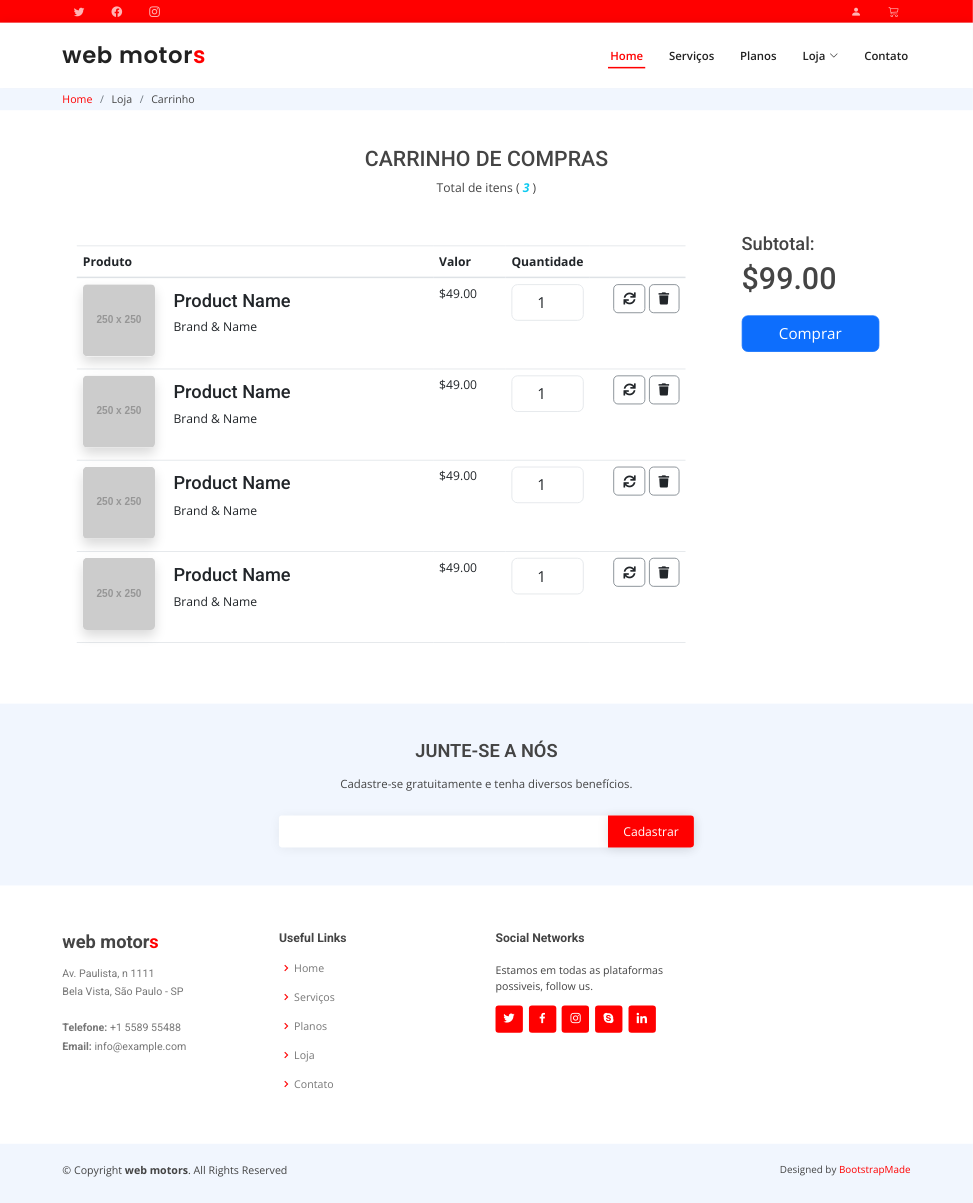
Repository: 01nethy/WebMotors
Page: cart.html
An editor plug-in stored every save of this project. The page is shown before and after the next save, followed by the edit.
The browser window is 1280 px wide. The pictures show the whole page, at 76% of full size.
Some web libraries are served in a nearby version.

Above is the page before, as saved 2023-10-07 22:12:08.
Console error: TypeError: Cannot read properties of undefined (reading 'fn')

After the next save:
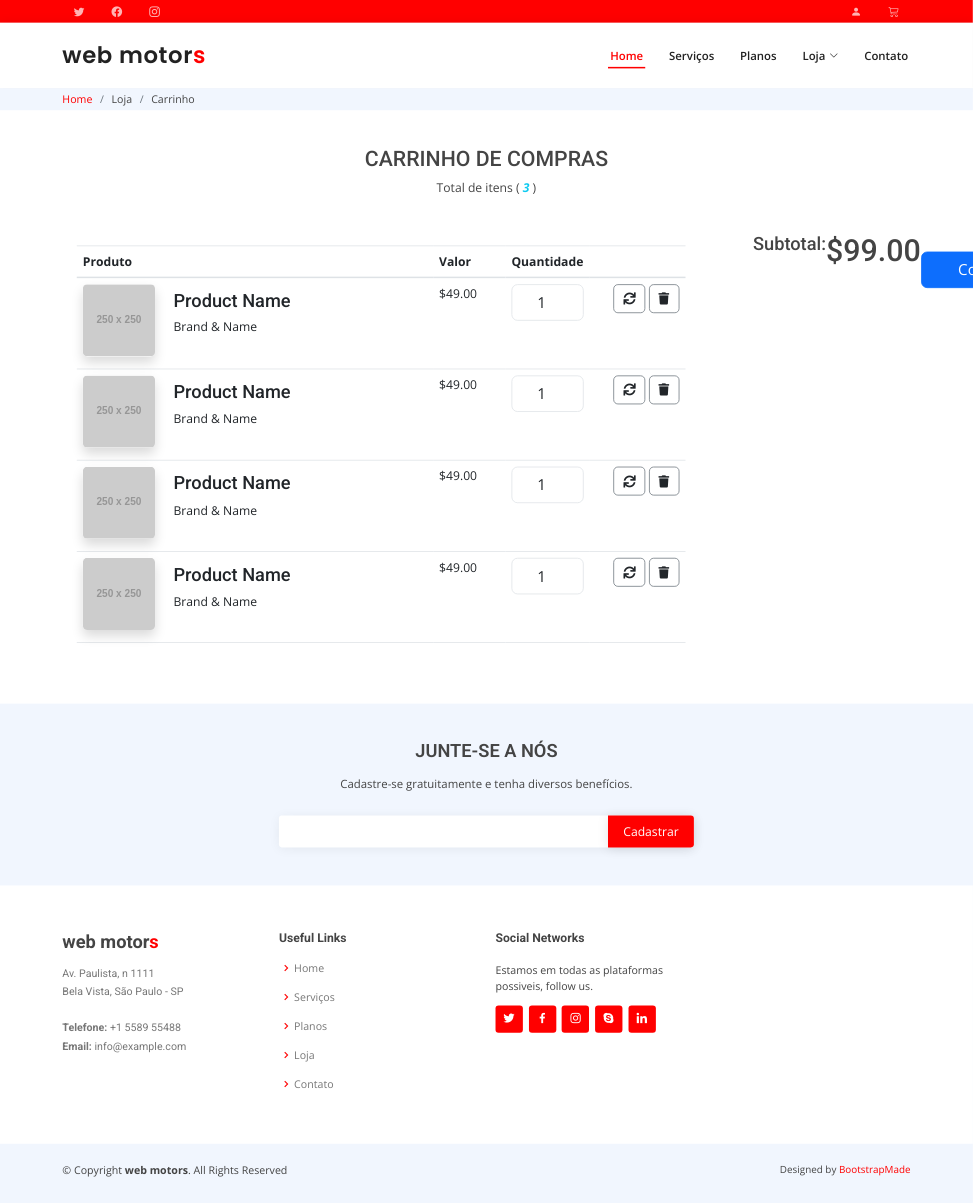
Saved 6 min 3 s later.
--- a/cart.html
+++ b/cart.html
@@ -237,7 +237,7 @@
                     </table>
 
                     <aside class="container float-left col-2 ">
-                        <div class="align-items-center">
+                        <div class="col-lg-4 col-md-6 d-flex align-items-stretch aos-init aos-animate icon-box" data-aos="zoom-in" data-aos-delay="100">
                             <h4>Subtotal:</h4>
                             <h1>$99.00</h1>
                             <div class="row mt-4 d-flex align-items-center">

After the save that followed:
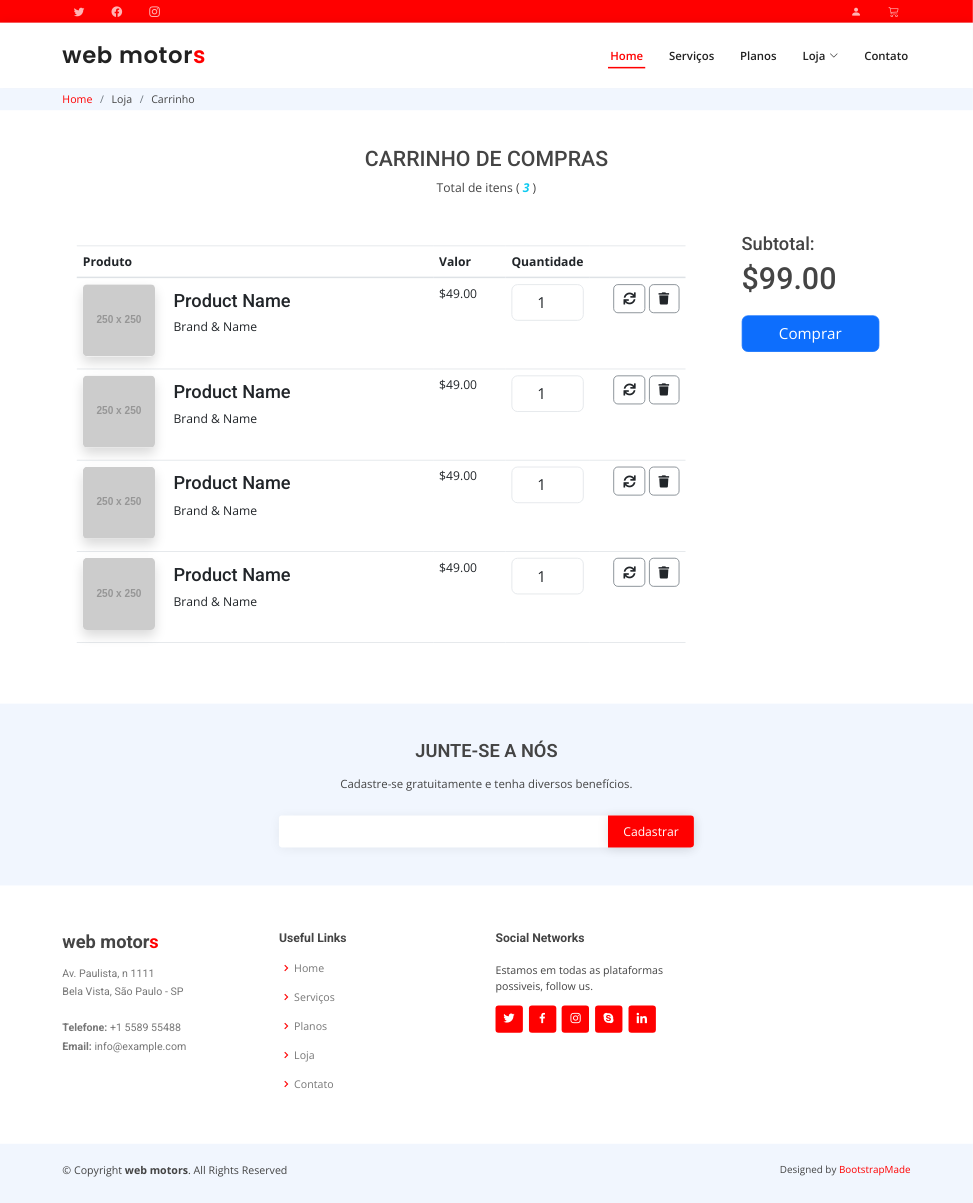
Saved 63 s later.
--- a/cart.html
+++ b/cart.html
@@ -237,7 +237,7 @@
                     </table>
 
                     <aside class="container float-left col-2 ">
-                        <div class="col-lg-4 col-md-6 d-flex align-items-stretch aos-init aos-animate icon-box" data-aos="zoom-in" data-aos-delay="100">
+                        <div class="align-items-stretch aos-init aos-animate icon-box">
                             <h4>Subtotal:</h4>
                             <h1>$99.00</h1>
                             <div class="row mt-4 d-flex align-items-center">
